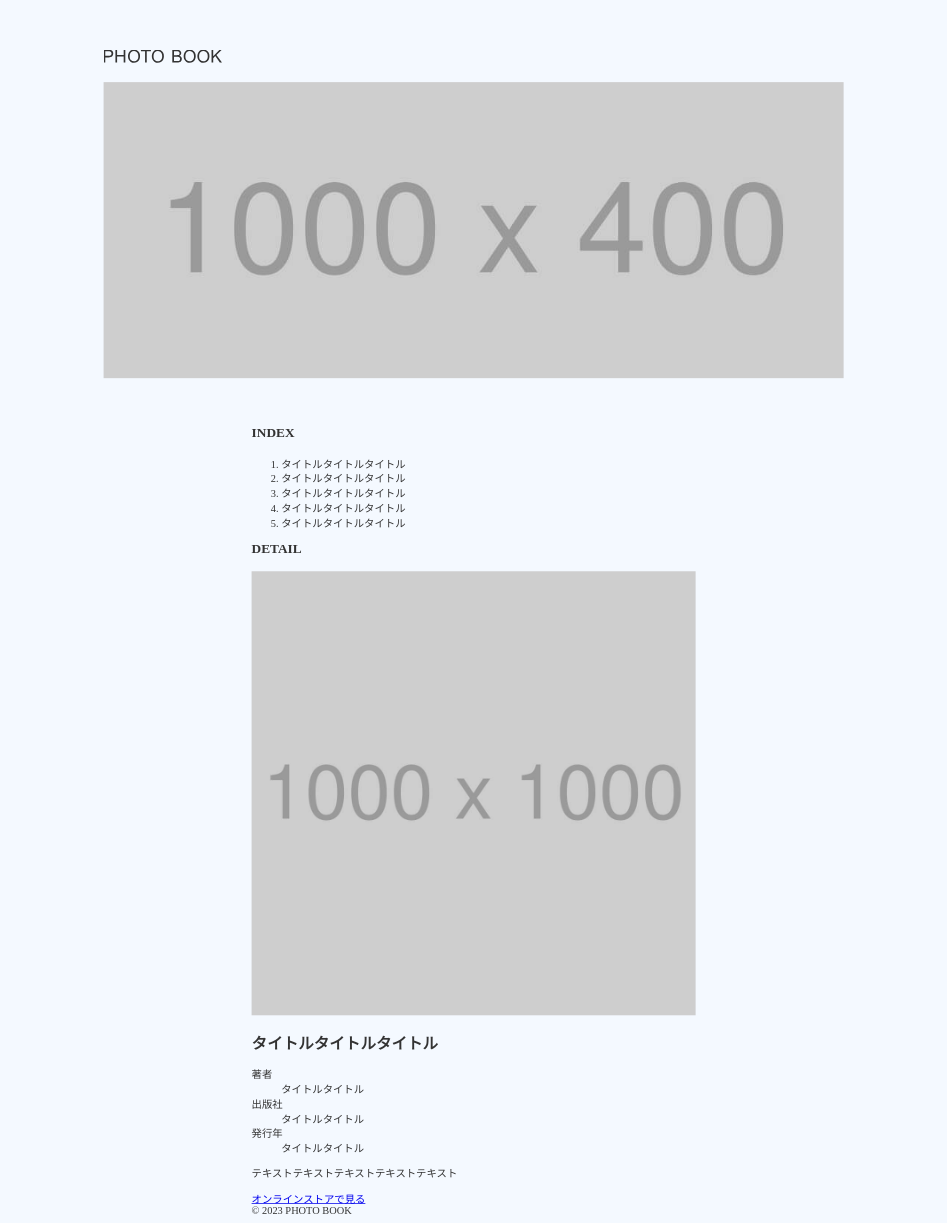
Repository: Fuki-san/photo-book-1
Page: http://localhost/photo
An editor plug-in stored every save of this project. The page is shown before and after the next save, followed by the edit.
The browser window is 1280 px wide. The pictures show the whole page, at 74% of full size.
The page is served by the project's Laravel application, run on PHP 8.4 with Laravel 10.

Above is the page before, as saved 2023-11-29 17:49:13.

After the next save:
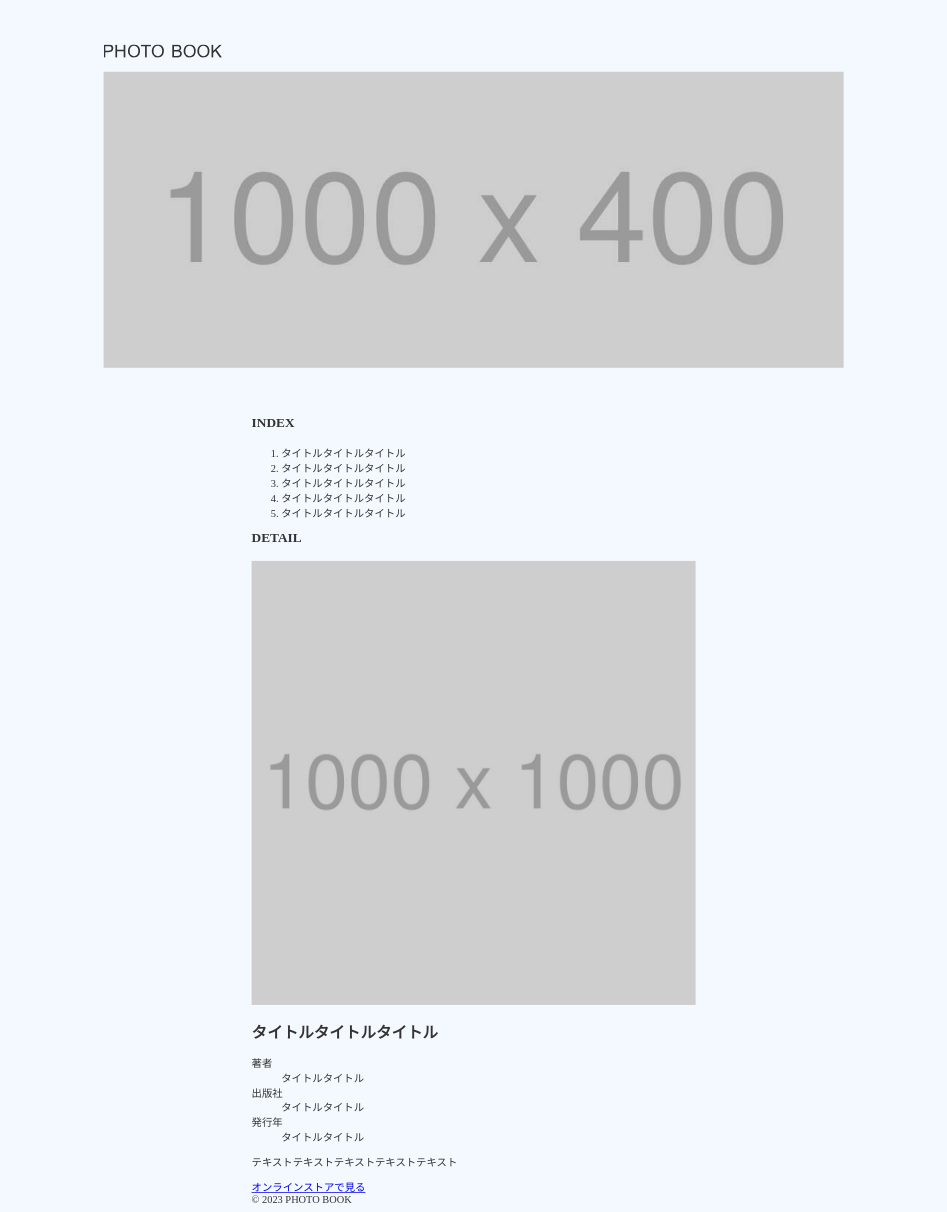
Saved 4 s later.
--- a/public/css/style.css
+++ b/public/css/style.css
@@ -47,7 +47,7 @@
 }
 #header .site-title{
     width: 160px;
-
+    line-height: 1px;
 }
 #header a{
     display: block;

After the 3 saves that followed:
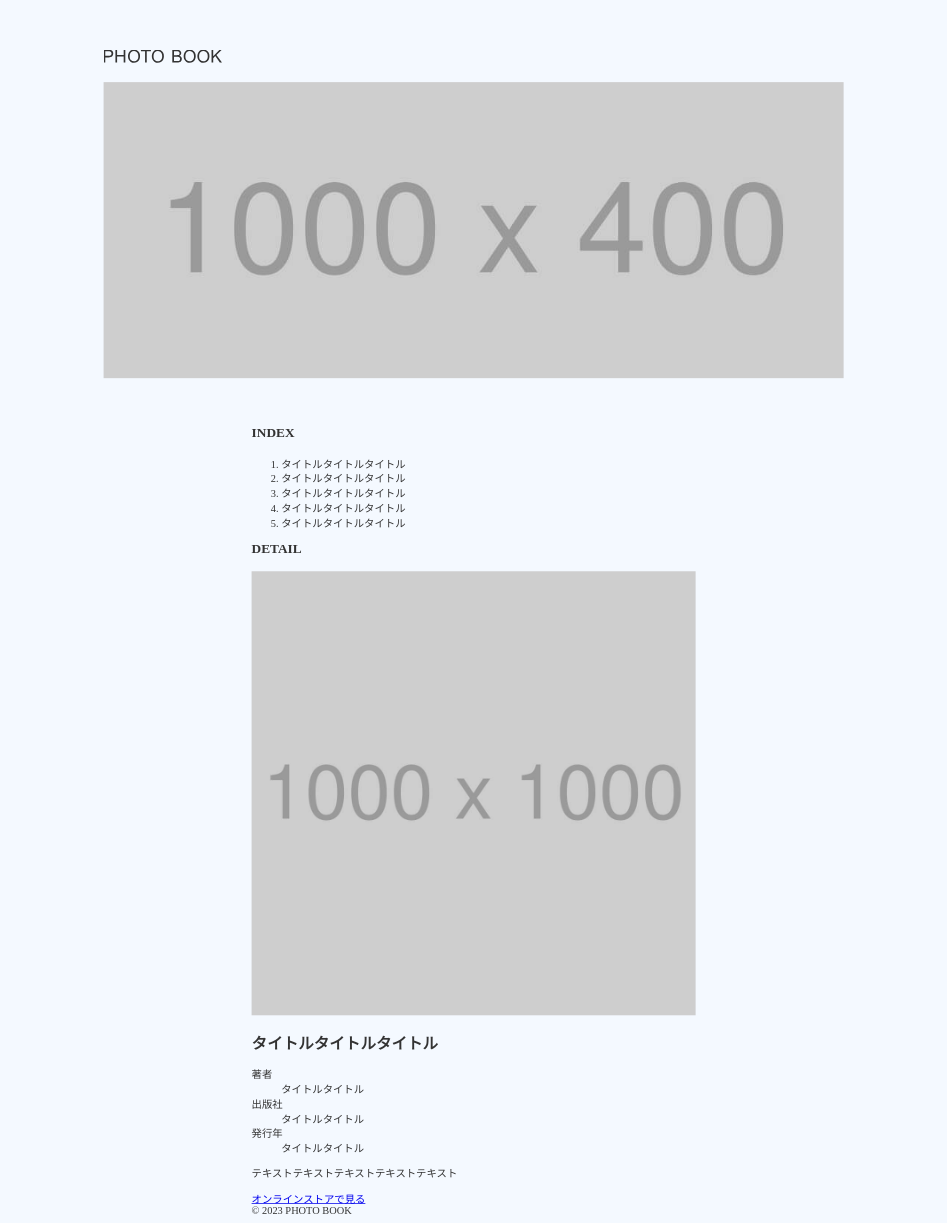
The 3 saves are shown as one change because 1 left the picture as it was and some came seconds apart.
The last was saved 56 s later.
--- a/public/css/style.css
+++ b/public/css/style.css
@@ -47,6 +47,7 @@
 }
 #header .site-title{
     width: 160px;
+    要素を
     line-height: 1px;
 }
 #header a{
